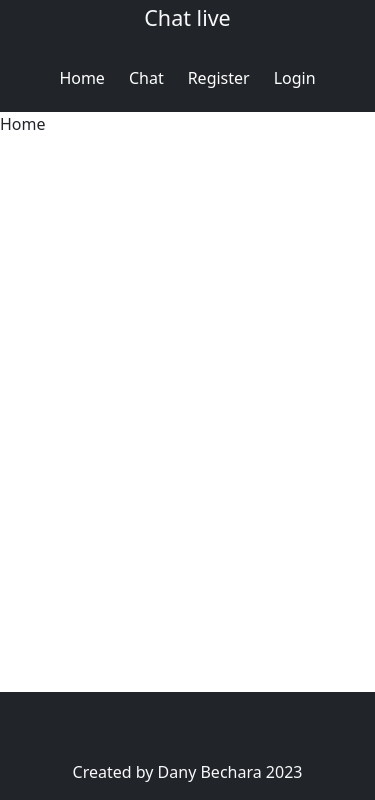
Repository: bechara611/chatv2
Page: /
These files come from the project's save history. The page is drawn as it stood at one moment and after the next save; the edit follows.
The browser window is 375 px wide. The pictures show the whole page.
The project was rebuilt for these pictures with package versions that can differ from the ones it lists, and the page was loaded fresh each time. Also part of the build but not shown: src/auth/components/login.jsx, src/auth/components/register.jsx.

Above is the page before, as saved 2023-03-02 17:48:32.

After the next save:
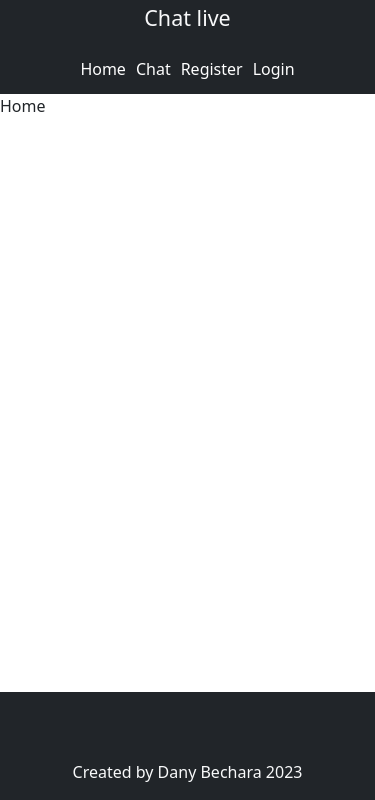
Saved 24 s later.
--- a/src/ui/components/Header.css
+++ b/src/ui/components/Header.css
@@ -40,7 +40,6 @@
         align-self: center;
         align-items: center;
         flex-wrap: nowrap;
-        padding: 2px;
     }
     .nav{
         justify-content: center;
@@ -49,4 +48,7 @@
         align-items: center;
         flex-wrap: nowrap;
     }
+    .item-menu{
+    padding: 0px;
+    }
 }
